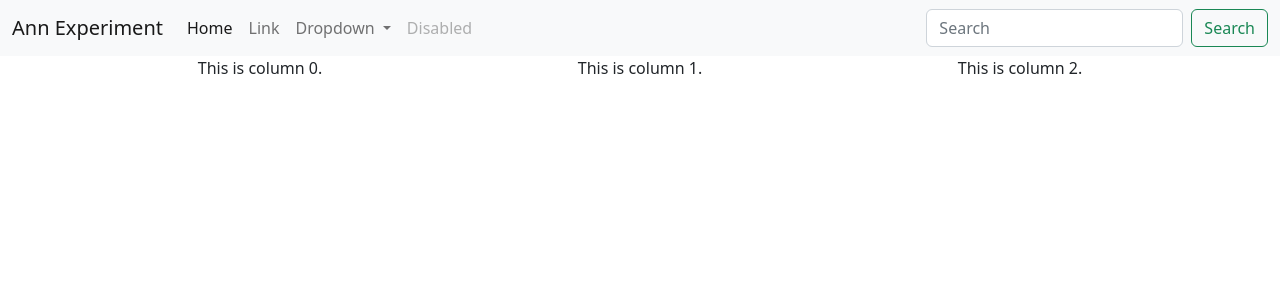
Repository: annferracane/phase-0-personal-website
Page: index.html
These files come from the project's save history. The page is drawn as it stood at one moment and after the next save; the edit follows.
The browser window is 1280 px wide. The pictures show the whole page.

Above is the page before, as saved 2022-11-13 16:29:59.

### index.html

<!DOCTYPE html>
<html lang="en">
    <head>
        <meta charset="utf-8">
        <meta name="viewport" content="width=device-width, initial-scale=1">
        <link href="https://cdn.jsdelivr.net/npm/bootstrap@5.2.2/dist/css/bootstrap.min.css" rel="stylesheet" integrity="sha384-Zenh87qX5JnK2Jl0vWa8Ck2rdkQ2Bzep5IDxbcnCeuOxjzrPF/et3URy9Bv1WTRi" crossorigin="anonymous">
        <!--<link rel="stylesheet" href="./style.css" />-->
        <title>Ann Experiment</title>
    </head>
    <body>
        <nav class="navbar navbar-expand-lg bg-light">
            <div class="container-fluid">
              <a class="navbar-brand mb-0 h1" href="#">Ann Experiment</a>
              <button class="navbar-toggler" type="button" data-bs-toggle="collapse" data-bs-target="#navbarSupportedContent" aria-controls="navbarSupportedContent" aria-expanded="false" aria-label="Toggle navigation">
                <span class="navbar-toggler-icon"></span>
              </button>
              <div class="collapse navbar-collapse" id="navbarSupportedContent">
                <ul class="navbar-nav me-auto mb-2 mb-lg-0">
                  <li class="nav-item">
                    <a class="nav-link active" aria-current="page" href="#">Home</a>
                  </li>
                  <li class="nav-item">
                    <a class="nav-link" href="#">Link</a>
                  </li>
                  <li class="nav-item dropdown">
                    <a class="nav-link dropdown-toggle" href="#" role="button" data-bs-toggle="dropdown" aria-expanded="false">
                      Dropdown
                    </a>
                    <ul class="dropdown-menu">
                      <li><a class="dropdown-item" href="#">Action</a></li>
                      <li><a class="dropdown-item" href="#">Another action</a></li>
                      <li><hr class="dropdown-divider"></li>
                      <li><a class="dropdown-item" href="#">Something else here</a></li>
                    </ul>
                  </li>
                  <li class="nav-item">
                    <a class="nav-link disabled">Disabled</a>
                  </li>
                </ul>
                <form class="d-flex" role="search">
                  <input class="form-control me-2" type="search" placeholder="Search" aria-label="Search">
                  <button class="btn btn-outline-success" type="submit">Search</button>
                </form>
              </div>
            </div>
          </nav>
          <script src="script.js"></script>
        <!--<h1>Hello World!</h1>-->

    </body>
</html>

### script.js
const divContainer = document.createElement("div");
divContainer.id = "main-div-container";
divContainer.className = "container text-center";
document.querySelector("body").appendChild(divContainer);

const divRow = document.createElement("div");
divRow.id = "main-div-row";
divRow.className = "row";
document.querySelector("#main-div-container").appendChild(divRow);

for (i = 0; i < 3; i++){
    const div = document.createElement("div");
    div.className = "col";
    div.id = `main-div-col-${i}`;
    div.textContent = `This is column ${i}.`
    document.querySelector("#main-div-row").appendChild(div);
}
//h2.textContent = "This content added by JavaScript";

### style.css
.col {
    background-color: red;
    padding: 50px;
  }

After the next save:
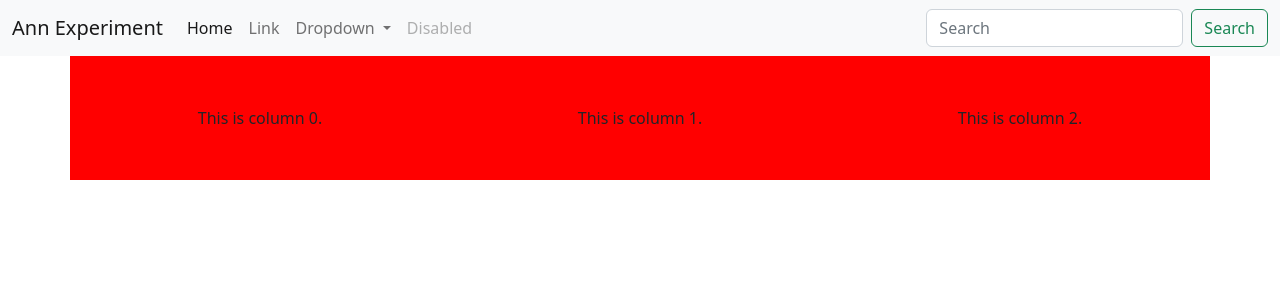
Saved 24 s later.
--- a/index.html
+++ b/index.html
@@ -5,7 +5,7 @@
         <meta charset="utf-8">
         <meta name="viewport" content="width=device-width, initial-scale=1">
         <link href="https://cdn.jsdelivr.net/npm/bootstrap@5.2.2/dist/css/bootstrap.min.css" rel="stylesheet" integrity="sha384-Zenh87qX5JnK2Jl0vWa8Ck2rdkQ2Bzep5IDxbcnCeuOxjzrPF/et3URy9Bv1WTRi" crossorigin="anonymous">
-        <!--<link rel="stylesheet" href="./style.css" />-->
+        <link rel="stylesheet" href="./style.css" />
         <title>Ann Experiment</title>
     </head>
     <body>

After the 2 saves that followed:
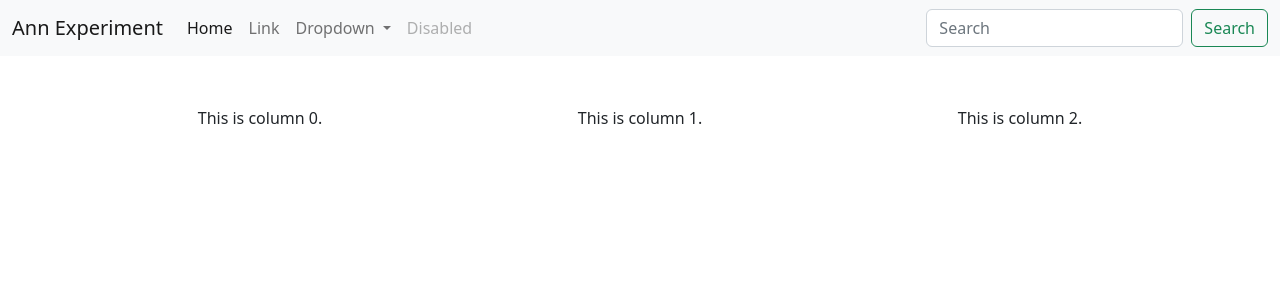
The 2 saves are shown as one change because 1 left the picture as it was.
The last was saved 31 s later.
--- a/style.css
+++ b/style.css
@@ -1,4 +1,3 @@
-.col {
-    background-color: red;
-    padding: 50px;
+div.col {
+    padding-top: 50px;
   }
